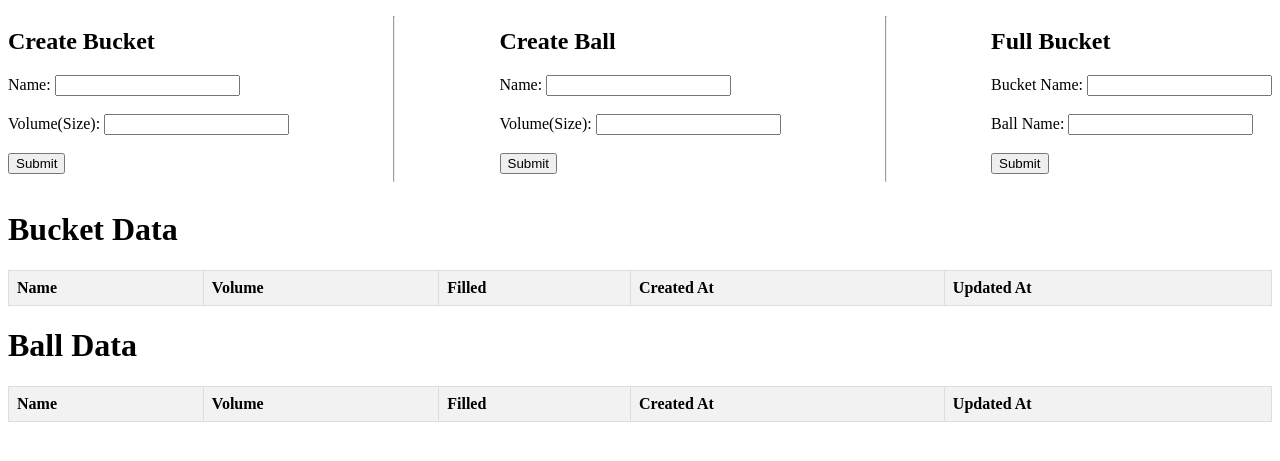
Repository: RajatPalankar8/nodejs_bucket_ball_task_new
Page: http://localhost/
These files come from the project's save history. The page is drawn as it stood at one moment and after the next save; the edit follows.
The browser window is 1280 px wide. The pictures show the whole page.
The page is served by the project's Node server (index.js). Other server files are loaded and not shown. Queries for data that is not in the repository find no rows.

Above is the page before, as saved 2023-07-17 10:34:17.

### views/index.ejs
<!DOCTYPE html>
<html>

<head>
  <style>
    table {
      border-collapse: collapse;
      width: 100%;
    }

    th,
    td {
      border: 1px solid #ddd;
      padding: 8px;
      text-align: left;
    }

    th {
      background-color: #f2f2f2;
    }
  </style>
  <title>Bucket Ball App</title>
</head>

<body>
  <div style="display: flex;">


    <form id="form1">
      <h2>Create Bucket</h2>
      <label for="name1">Name:</label>
      <input type="text" id="name" name="name" required><br><br>
      <label for="email1">Volume(Size):</label>
      <input type="text" id="vol" name="vol" required><br><br>
      <input type="submit" value="Submit">
      <p id="form1-response"></p>
    </form>
    <hr>
    <form id="form2">
      <h2>Create Ball</h2>
      <label for="name1">Name:</label>
      <input type="text" id="name" name="name" required><br><br>
      <label for="vol">Volume(Size):</label>
      <input type="text" id="vol" name="vol" required><br><br>
      <input type="submit" value="Submit">
      <p id="form2-response"></p>
    </form>
    <hr>
    <form id="form3">
      <h2>Full Bucket</h2>
      <label for="name3">Bucket Name:</label>
      <input type="text" id="bucketName" name="bucketName" required><br><br>
      <label for="vol">Ball Name:</label>
      <input type="text" id="ballName" name="ballName" required><br><br>
      <input type="submit" value="Submit">
      <p id="form3-response"></p>
    </form>
  </div>
  <h1>Bucket Data</h1>
  <table>
    <thead>
      <tr>
        <th>Name</th>
        <th>Volume</th>
        <th>Filled</th>
        <th>Created At</th>
        <th>Updated At</th>
      </tr>
    </thead>
    <tbody>
      <% buckets.forEach(bucket => { %>
        <tr>
          <td><%= bucket.name %></td>
          <td><%= bucket.vol %></td>
          <td><%= bucket.filled.join(', ') %></td>
          <td><%= bucket.createdAt.toLocaleString() %></td>
          <td><%= bucket.updatedAt.toLocaleString() %></td>
        </tr>
      <% }); %>
    </tbody>
  </table>

  <h1>Ball Data</h1>
  <table>
    <thead>
      <tr>
        <th>Name</th>
        <th>Volume</th>
        <th>Filled</th>
        <th>Created At</th>
        <th>Updated At</th>
      </tr>
    </thead>
    <tbody>
      <% buckets.forEach(bucket => { %>
        <tr>
          <td><%= bucket.name %></td>
          <td><%= bucket.vol %></td>
          <td><%= bucket.filled.join(', ') %></td>
          <td><%= bucket.createdAt.toLocaleString() %></td>
          <td><%= bucket.updatedAt.toLocaleString() %></td>
        </tr>
      <% }); %>
    </tbody>
  </table>

  <script src="https://cdn.jsdelivr.net/npm/axios/dist/axios.min.js"></script>
  <script>
    // Function to handle form submission
    function createBucketEvent(event) {
      event.preventDefault(); // Prevent the default form submission

      // Get the form data
      const form = event.target;
      const formData = new FormData(form);

      // Convert form data to JSON object
      const jsonData = {};
      formData.forEach((value, key) => {
        jsonData[key] = value;
      });

      // Make a POST request to the backend API
      axios.post('http://localhost:3000/createBucket', jsonData)
        .then(response => {
          // Handle the API response
          const formId = form.id;
          const responseElement = document.getElementById(`${formId}-response`);
          responseElement.textContent = response.data.message;
        })
        .catch(error => {
          console.error(error); // Handle any errors
        });
    }

    function createBallEvent(event) {
      event.preventDefault(); // Prevent the default form submission

      // Get the form data
      const form = event.target;
      const formData = new FormData(form);

      // Convert form data to JSON object
      const jsonData = {};
      formData.forEach((value, key) => {
        jsonData[key] = value;
      });

      // Make a POST request to the backend API
      axios.post('http://localhost:3000/createBall', jsonData)
        .then(response => {
          // Handle the API response
          const formId = form.id;
          const responseElement = document.getElementById(`${formId}-response`);
          responseElement.textContent = response.data.message;
        })
        .catch(error => {
          console.error(error); // Handle any errors
        });
    }

    function fillBucketEvent(event) {
      event.preventDefault(); // Prevent the default form submission

      // Get the form data
      const form = event.target;
      const formData = new FormData(form);

      // Convert form data to JSON object
      const jsonData = {};
      formData.forEach((value, key) => {
        jsonData[key] = value;
      });

      // Make a POST request to the backend API
      axios.post('http://localhost:3000/fillBucket', jsonData)
        .then(response => {
          // Handle the API response
          const formId = form.id;
          const responseElement = document.getElementById(`${formId}-response`);
          responseElement.textContent = response.data.message;
        })
        .catch(error => {
          console.error(error); // Handle any errors
        });
    }

    // Attach event listeners to the forms
    const form1 = document.getElementById('form1');
    form1.addEventListener('submit', createBucketEvent);

    const form2 = document.getElementById('form2');
    form2.addEventListener('submit', createBallEvent);

    const form3 = document.getElementById('form3');
    form3.addEventListener('submit', fillBucketEvent);
  </script>
</body>

</html>

### index.js
const app = require('./app');
const db = require('./config/db')
const port = 3000;
app.get('/',(req,res)=>{
    res.send('Hello World');
});

app.listen(port,()=>{
    console.log(`Server Listening on Port http://localhost:${port}`);
})

### app.js
const express = require("express");
const bodyParser = require("body-parser");
const bucketRouter = require('./routes/bucket.router');
const BucketModel = require('./model/bucket.model');
const BallModel = require('./model/ball.model');
const path = require("path");
const app = express();

app.use(bodyParser.json())
app.set("view engine", "ejs");
app.set("views", path.join(__dirname, "views"));
app.use(express.static(`${__dirname}/public`));


app.use("/", bucketRouter);

app.use("/", (req, res) => {
  BucketModel.find({})
    .then((buckets) => {
      // Render the HTML template with the fetched data
      BallModel.find({})
        .then((balls) => {
          // Render the HTML template with the fetched data
          res.render('index', { buckets, balls });
        })
        .catch((err) => {
          console.error(err);
          res.status(500).send('Internal Server Error');
        });
    })
    .catch((err) => {
      console.error(err);
      res.status(500).send('Internal Server Error');
    });
});


module.exports = app;

After the next save:
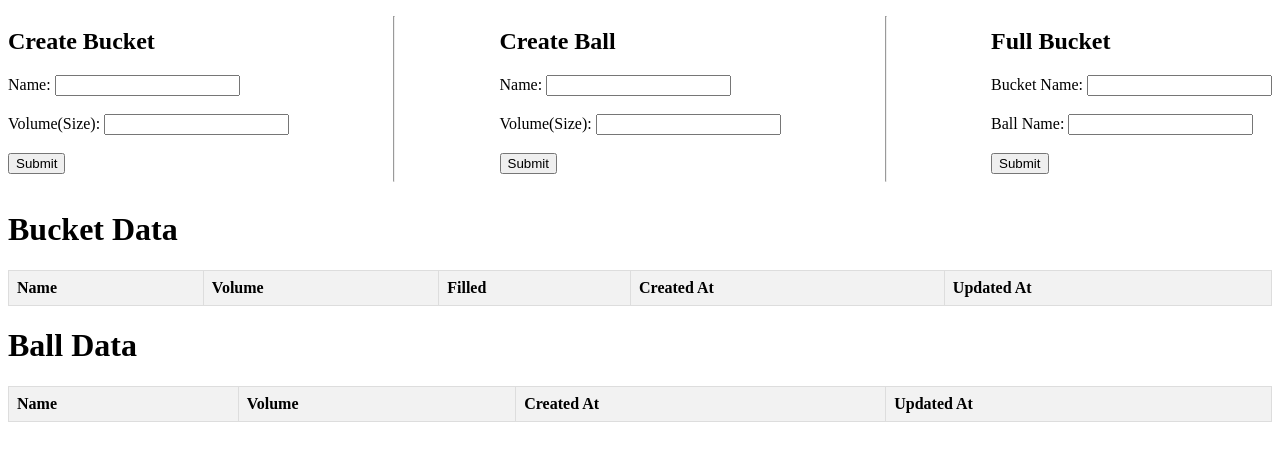
Saved 28 s later.
--- a/views/index.ejs
+++ b/views/index.ejs
@@ -86,19 +86,17 @@
       <tr>
         <th>Name</th>
         <th>Volume</th>
-        <th>Filled</th>
         <th>Created At</th>
         <th>Updated At</th>
       </tr>
     </thead>
     <tbody>
-      <% buckets.forEach(bucket => { %>
+      <% balls.forEach(ball => { %>
         <tr>
-          <td><%= bucket.name %></td>
-          <td><%= bucket.vol %></td>
-          <td><%= bucket.filled.join(', ') %></td>
-          <td><%= bucket.createdAt.toLocaleString() %></td>
-          <td><%= bucket.updatedAt.toLocaleString() %></td>
+          <td><%= ball.name %></td>
+          <td><%= ball.vol %></td>
+          <td><%= ball.createdAt.toLocaleString() %></td>
+          <td><%= ball.updatedAt.toLocaleString() %></td>
         </tr>
       <% }); %>
     </tbody>
